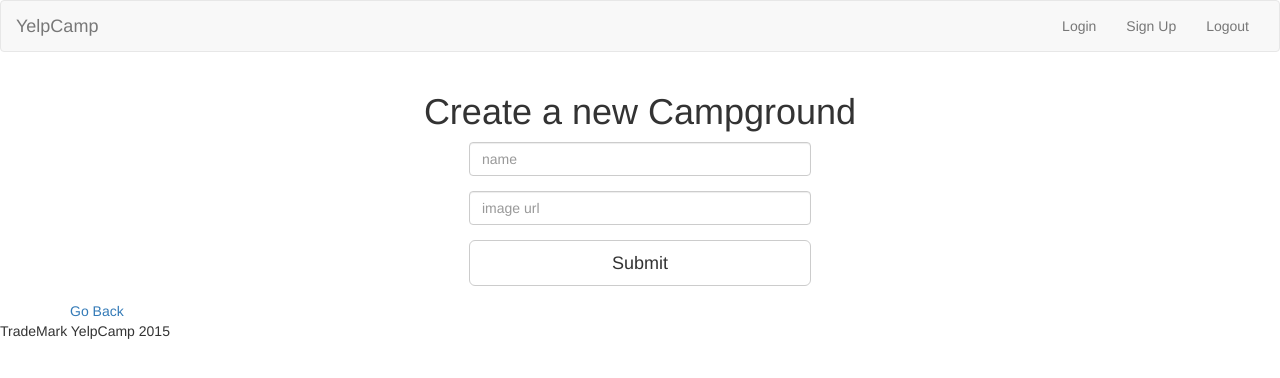
Repository: sanjansawant/Web-Developer-Bootcamp
Page: http://localhost/campgrounds/new
The author's editor kept a record of every edit. The page is drawn from the files as they stood at one moment, then again after the next edit.
The browser window is 1280 px wide. The pictures show the whole page.
Some web libraries are served in a nearby version. The page is served by the project's Node server (YelpCamp/v1/app.js).

Above is the page before.

### YelpCamp/v1/views/new.ejs
<% include partials/header %>
<div class="container">
        <div class="row"></div>
        <h1 style="text-align: center">Create a new Campground</h1>
        <div style="width: 30%; margin: 0 auto;">

        <form action="/campgrounds" method="POST">
            <div class="form-group">
            <input class="form-control" type="text" name="name" placeholder="name">
            </div>
            <div class="form-group">
            <input class="form-control" type="text" name="image" placeholder="image url">

            </div>
            <div class="form-group">
            <button class="btn btn-lg btn-default btn-block">Submit</button>
             </div>
            </form>

            </div>

        <a href="campgrounds">Go Back</a>
    </div></div>
<% include partials/footer %>

### YelpCamp/v1/views/partials/header.ejs
<!DOCTYPE html>
<html>
    <head>
        <title>Yelp Camp</title>
        <link rel="stylesheet" type="text/css" href="https://maxcdn.bootstrapcdn.com/bootstrap/3.3.7/css/bootstrap.min.css">
        </head>

        <body>

            <nav class="navbar navbar-default">
    <div class="container-fluid">

        <div class="navbar-header">

            <button type="button" class="navbar-toggle collapsed" data-toggle="collapse" data-target="#bs-example-navbar-collapse-1" aria-expanded="false">
        <span class="sr-only">Toggle navigation</span>
        <span class="icon-bar"></span>
        <span class="icon-bar"></span>
        <span class="icon-bar"></span>
      </button>
               <a class="navbar-brand" href="/">YelpCamp</a>
        </div>
        <div class="collapse navbar-collapse" id="bs-example-navbar-collapse-1">
             <ul class="nav navbar-nav  navbar-right">

            <li><a href="/">Login</a></li>
             <li><a href="/">Sign Up</a></li>
             <li><a href="/">Logout</a></li>
             </ul>
         </div>

        <div>


    </nav>

### YelpCamp/v1/views/partials/footer.ejs


<p>TradeMark YelpCamp 2015</p>

<script
  src="https://code.jquery.com/jquery-3.2.1.js"
  integrity="sha256-DZAnKJ/6XZ9si04Hgrsxu/8s717jcIzLy3oi35EouyE="
  crossorigin="anonymous"></script>
</body>
</html>

### YelpCamp/v1/app.js
var express=require("express");
var app=express();

var bodyParser=require("body-parser");

app.use(bodyParser.urlencoded({extended:true}));

app.set("view engine","ejs");
app.use(express.static("public"));

 var campgrounds=[
       {name:"Salmon Creek",image:"https://farm6.staticflickr.com/5181/5641024448_04fefbb64d.jpg"},
       {name:"Granite Hill",image:"https://farm5.staticflickr.com/4137/4812576807_8ba9255f38.jpg"},
       {name:"Mountain Goat's Rest",image:"https://farm4.staticflickr.com/3273/2602356334_20fbb23543.jpg"}
       ];


app.get("/",function(req,res){

   res.render("landing");
});



app.get("/campgrounds",function(req,res){


       res.render("campgrounds",{campgrounds:campgrounds});

});



app.get("/campgrounds/new",function(req,res){

   res.render("new");

});

//rest
app.post("/campgrounds",function(req,res){

    var name=req.body.name;
    var image=req.body.image;
    var newCampground={name:name, image:image};
    campgrounds.push(newCampground);
    res.redirect("/campgrounds");

});




app.listen(process.env.PORT, process.env.IP,function(){

   console.log("Yelp Camp Server connected");
});

After the next edit:
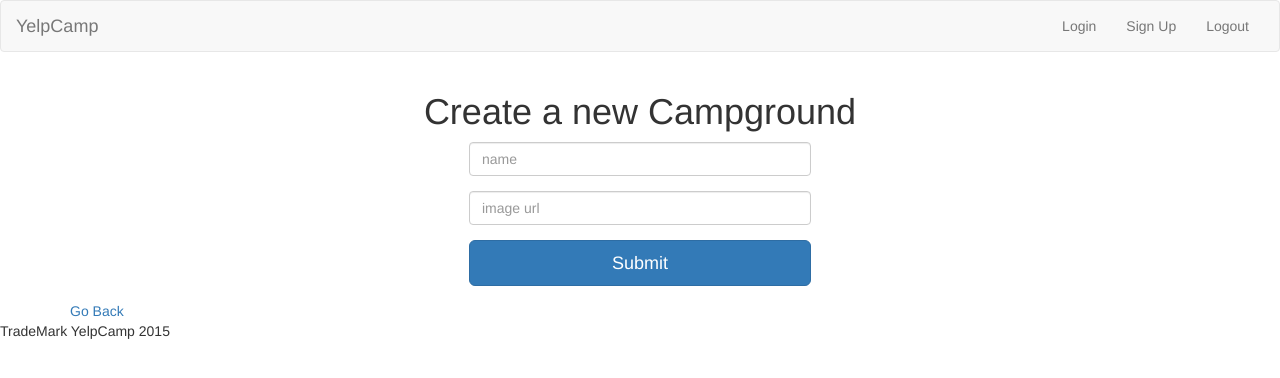
The edit:
--- a/YelpCamp/v1/views/new.ejs
+++ b/YelpCamp/v1/views/new.ejs
@@ -13,7 +13,7 @@
 
             </div>
             <div class="form-group">
-            <button class="btn btn-lg btn-default btn-block">Submit</button>
+            <button class="btn btn-lg btn-primary btn-block">Submit</button>
              </div>
             </form>
 
